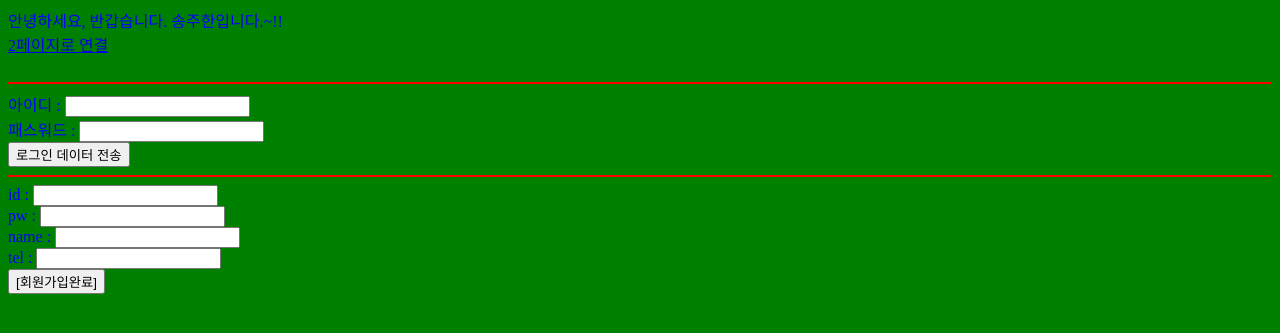
Repository: JuHanSong/JSP
Page: jsp01/WebContent/indeex.html
These files come from the project's save history. The page is drawn as it stood at one moment and after the next save; the edit follows.
The browser window is 1280 px wide. The pictures show the whole page.

Above is the page before, as saved 2020-11-21 03:34:46.

### jsp01/WebContent/indeex.html
<!DOCTYPE html>
<html>
	<head>
		<meta charset="UTF-8">
		<title>Insert title here</title>
		<link rel = "stylesheet" type = "text/css" href ="out.css">
	</head>
	<body> <!-- 주선, 태크(tag) -->
	안녕하세요, 반갑습니다. 송주한입니다.~!!<br><!-- 엔터 -->
	<a href="page2.html">2페이지로 연결</a>

	<!-- 컨트롤 + 시프트 + /  -->
	<!-- 속성(attridute)는 0개이상 ~ 여러개 -->
	<br><br>

	<hr color="red"> <!-- horizontal : 가로 -->

	<form action="page3.jsp">
		아이디 :  <input type="text" name = "id"> <br>
		패스워드 : <input type="text" name = "pw"> <br>
		<input type="submit" value="로그인 데이터 전송">
	</form>
	<hr color="red">
	<form action="page4.jsp">
		id :  <input type="text" name = "id"> <br>
		pw : <input type="text" name = "pw"> <br>
		name : <input type="text" name = "name"> <br>
		tel : <input type="text" name = "tel"> <br>
		<input type="submit" value = "[회원가입완료]">
	</form>

	</body>
</html>

### jsp01/WebContent/out.css
@charset "UTF-8";
body {
	color: blue; /*  글자색 :  */
	background: green;


}

After the next save:
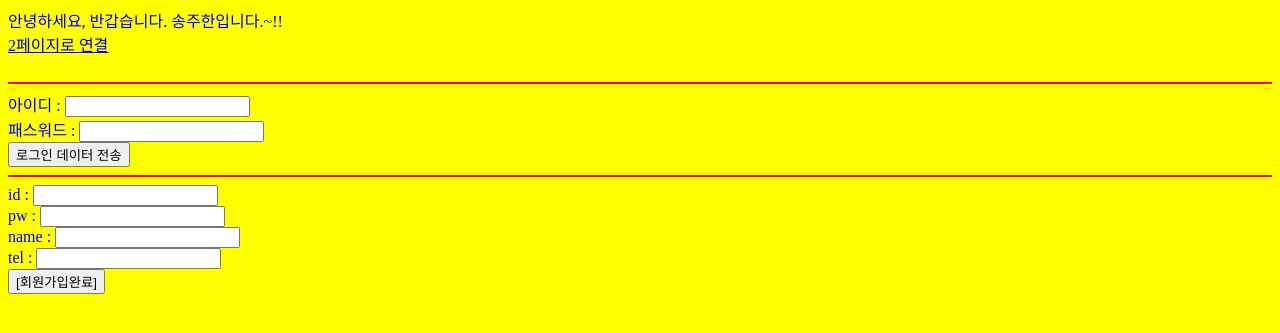
Saved 67 s later.
--- a/jsp01/WebContent/out.css
+++ b/jsp01/WebContent/out.css
@@ -1,7 +1,7 @@
 @charset "UTF-8";
 body {
 	color: blue; /*  글자색 :  */
-	background: green;
+	background: yellow;
 
 
 }
